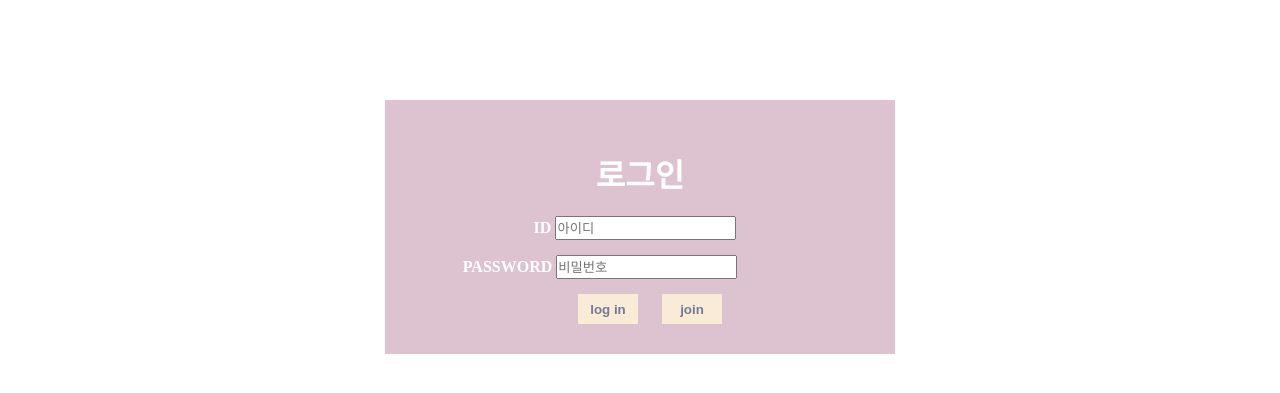
Repository: kayoyo/jsp
Page: http://localhost/BoardWeb_4/login
The author's editor kept a copy of each file at every save. The page is drawn from the files as they stood at one save, then again after the next save.
The browser window is 1280 px wide. The pictures show the whole page.
The page is served by Tomcat 9.

Above is the page before, as saved 2020-08-27 05:11:33.

After the next save:
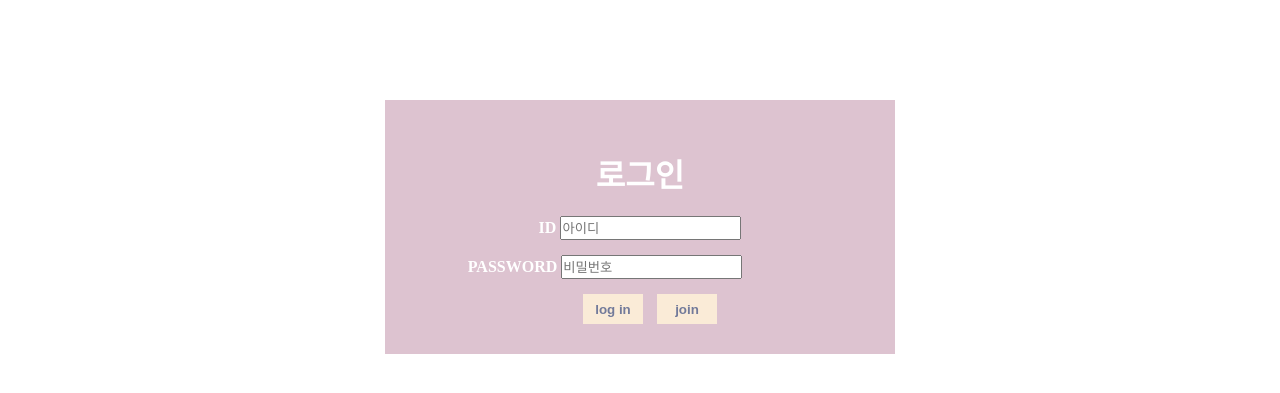
Saved 7 s later.
--- a/BoardWeb_4/WebContent/WEB-INF/jsp/user/login.jsp
+++ b/BoardWeb_4/WebContent/WEB-INF/jsp/user/login.jsp
@@ -13,7 +13,7 @@
  h1 {margin: 20px; color: white;}
  .pw {margin-right: 70px;}
  .pw, .id {color: white; margin-bottom: 15px; font-weight:bold;}
- input {height : 20px; margin-right:10px;}
+ input {height : 20px;}
  #login {width: 60px; height: 30px; margin-left: 20px;
  		color: #727A9A; background-color: #faebd7; font-weight:bold; border:none;}
  #join {width: 60px; height: 30px; margin-left: 10px;
